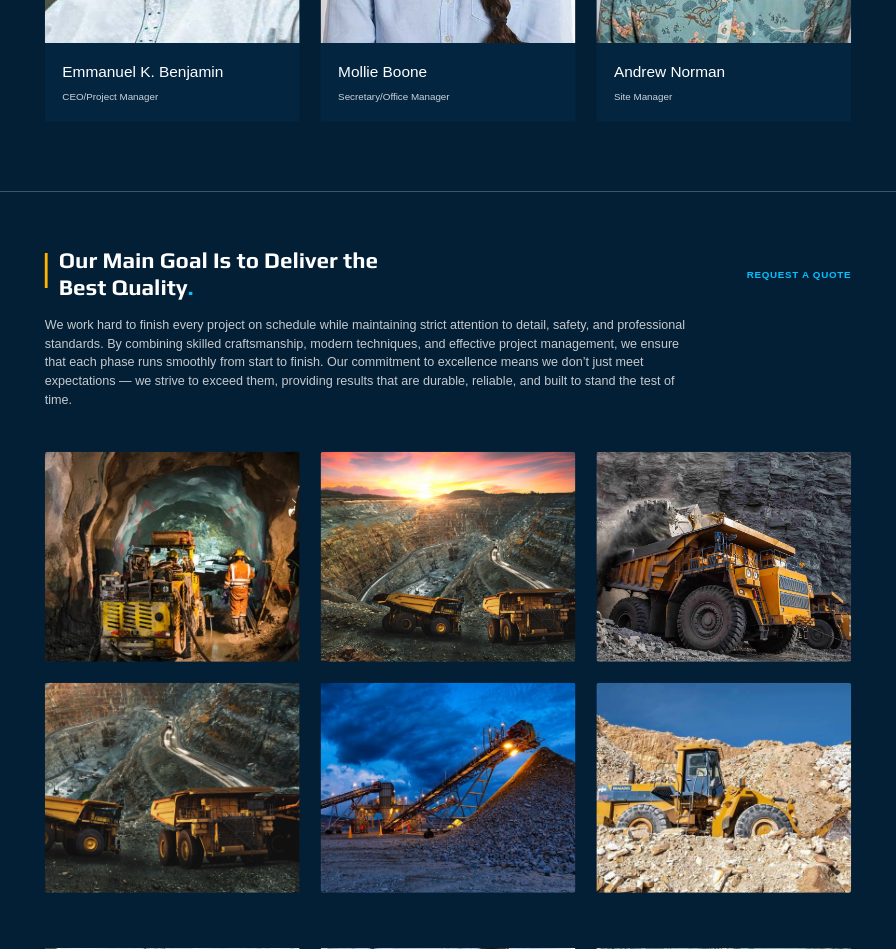
Repository: KC-Minchakpu/promise-earth
Page: /
An editor plug-in stored every save of this project. The page is shown before and after the next save, followed by the edit.
The browser window is 1280 px wide. The pictures show the part of the page from y = 4169 to 6089 px (the page is 5524 px tall before and 6089 px after), at 70% of full size.
The project was rebuilt for these pictures with package versions that can differ from the ones it lists, and the page was loaded fresh each time. The framework's server and built-in components were replaced by stand-ins that run in the browser. Also part of the build but not shown: next.config.ts.

Above is the page before, as saved 2026-02-26 18:08:15.

After the next save:
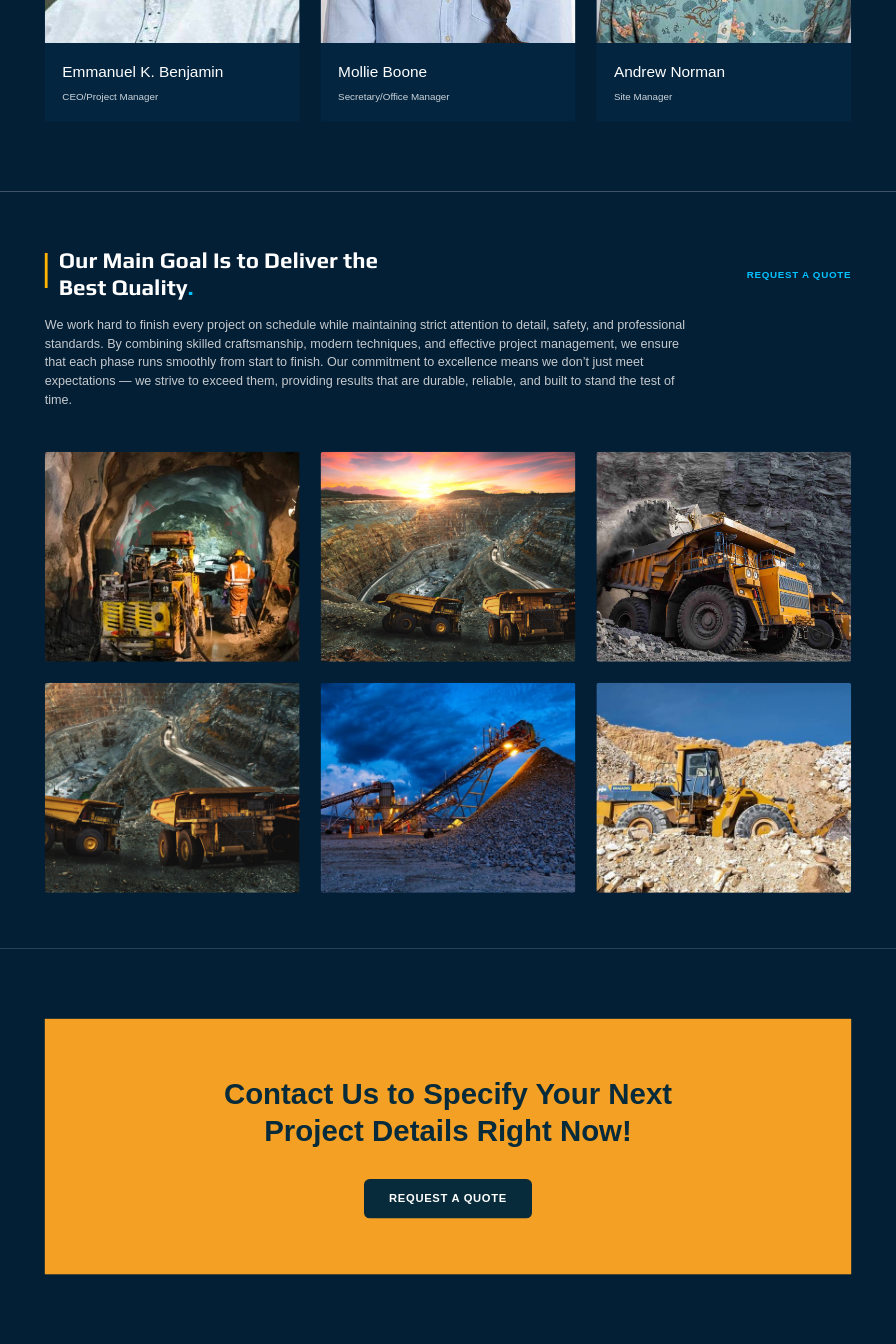
Saved 19 s later.
--- a/src/app/page.tsx
+++ b/src/app/page.tsx
@@ -1,6 +1,7 @@
 import AboutUsSection from "@/components/About/AboutUsSection";
 import Hero from "@/components/Hero/Hero";
 import OurGoal from "@/components/OurGoal/OurGoal";
+import GetQuoteSection from "@/components/Services/GetQuoteSection";
 import ServicesSection from "@/components/Services/ServicesSection";
 import TeamSection from "@/components/TeamSection/TeamSection";
 import WhyChooseUs from "@/components/WhyChooseUs/WhyChooseUs";
@@ -15,6 +16,7 @@ export default function Home() {
     <WhyChooseUs />
     <TeamSection />
     <OurGoal />
+    <GetQuoteSection />
   </>
   );
 }
